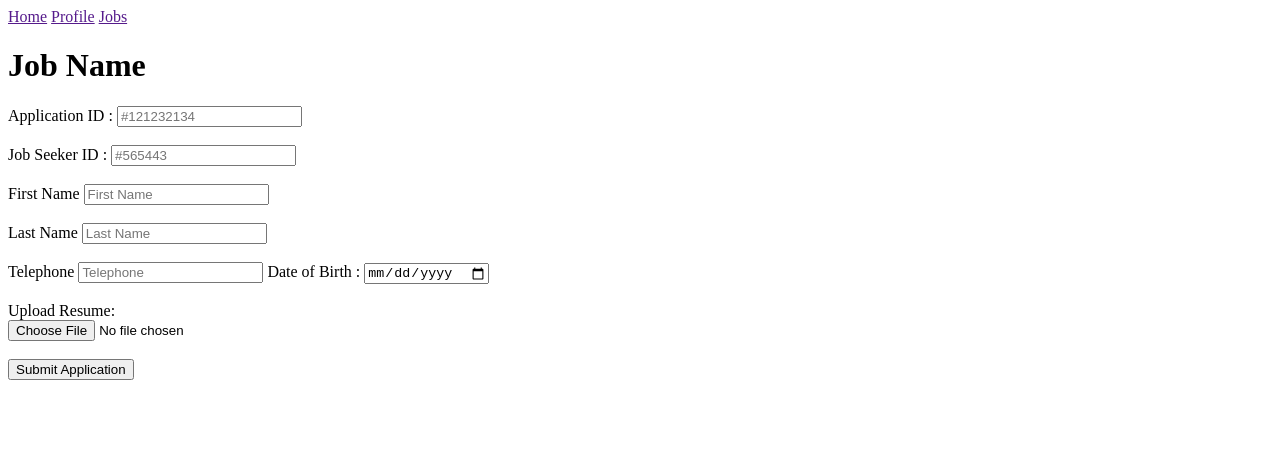
Repository: IT21221064/JobPortal
Page: http://localhost/JobApp/addProfile.jsp
An editor plug-in stored every save of this project. The page is shown before and after the next save, followed by the edit.
The browser window is 1280 px wide. The pictures show the whole page.
The page is served by Tomcat 9.

Above is the page before, as saved 2023-07-15 17:35:10.

### Project/JobApp/src/main/webapp/addProfile.jsp
<%@ page language="java" contentType="text/html; charset=ISO-8859-1"
    pageEncoding="ISO-8859-1"%>
<!DOCTYPE html>
<html>
<head>
<meta charset="ISO-8859-1">
<title>Insert title here</title>
</head>
<body>
<%@include file="nav.html" %>
<form method="post" action="#">
<h1>Job Name</h1>
<label for="aID">Application ID : </label>
<input type="text" name="aID" id="aID" placeholder="#121232134"><br><br>

<label for="jID">Job Seeker ID : </label>
<input type="text" name="jID" id="jID" placeholder="#565443"><br><br>

 <input value="id" type="hidden" name="user_id"/>
                <label>First Name</label>
                <input name="fname" class="form-control" placeholder="First Name" /><br><br>

                <label>Last Name</label>
                <input name="lname"  class="form-control" placeholder="Last Name" /><br><br>

               <label>Telephone</label>
               <input name="tp" class="form-control" type="number" placeholder="Telephone" />

<label for ="dob">Date of Birth : </label>
<input type="date" name="dob" id="dob"><br><br>

<label for="cv">Upload Resume: </label><br>

<input type="file" name="cv" id="cv"><br><br>

<input type="submit" value="Submit Application"><br><br>

</form>

</body>
</html>

### Project/JobApp/src/main/webapp/nav.html
<nav>
	<a href="">Home</a>
	<a href="">Profile</a>
	<a href="">Jobs</a>
</nav>

After the next save:
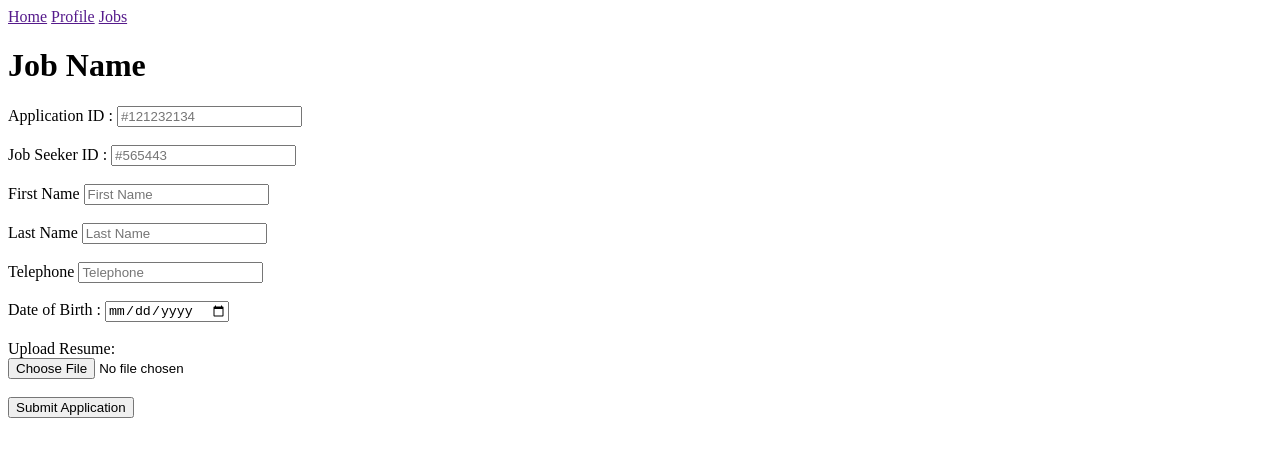
Saved 33 s later.
--- a/Project/JobApp/src/main/webapp/addProfile.jsp
+++ b/Project/JobApp/src/main/webapp/addProfile.jsp
@@ -24,7 +24,7 @@
                 <input name="lname"  class="form-control" placeholder="Last Name" /><br><br>
 
                <label>Telephone</label>
-               <input name="tp" class="form-control" type="number" placeholder="Telephone" />
+               <input name="tp" class="form-control" type="number" placeholder="Telephone" /><br><br>
 
 <label for ="dob">Date of Birth : </label>
 <input type="date" name="dob" id="dob"><br><br>
